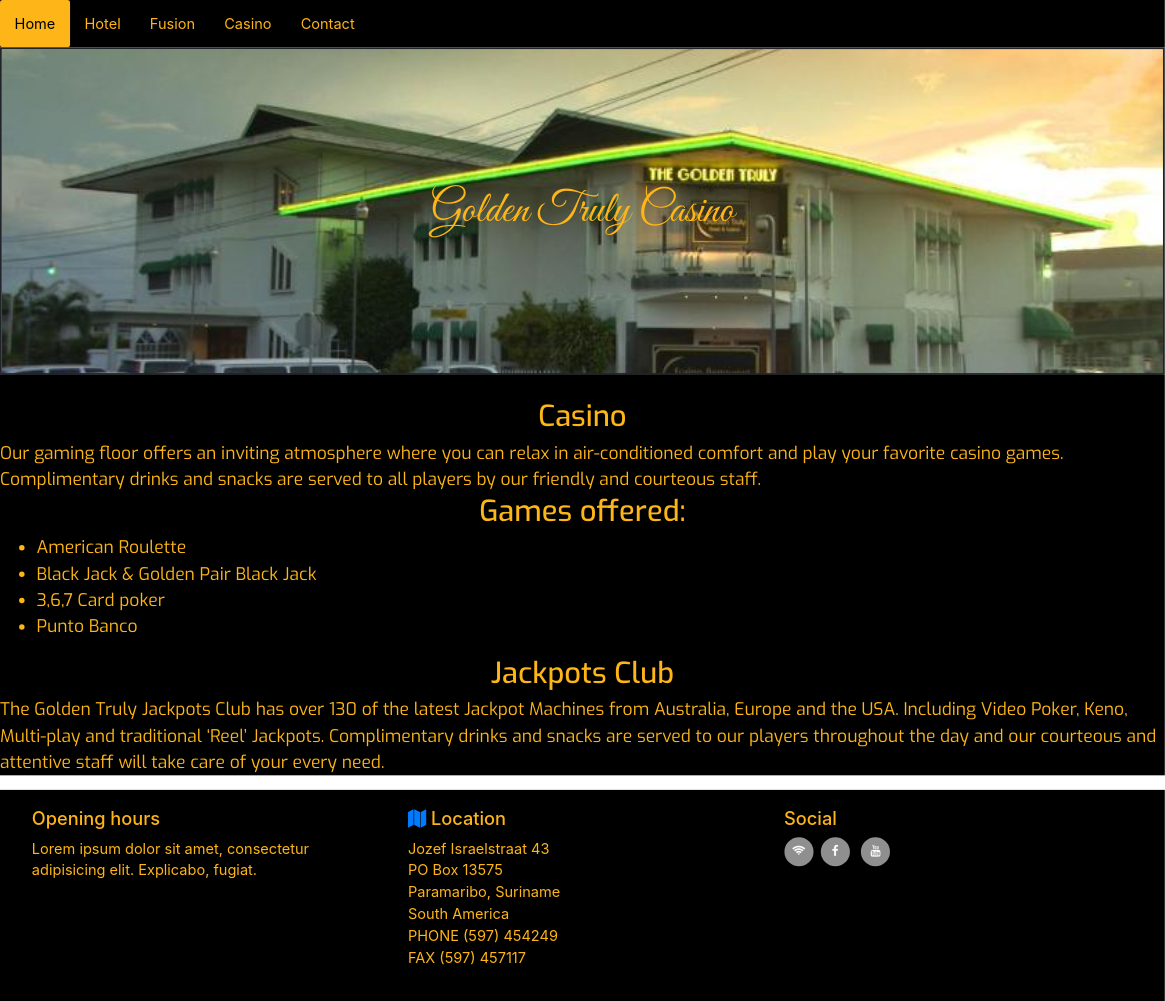
Repository: Code-Institute-Submissions/anthonycaf-Milestone1
Page: casino.html
The author's editor kept a record of every edit. The page is drawn from the files as they stood at one moment, then again after the next edit.
The browser window is 1280 px wide. The pictures show the whole page, at 91% of full size.

Above is the page before.

After the next edit:
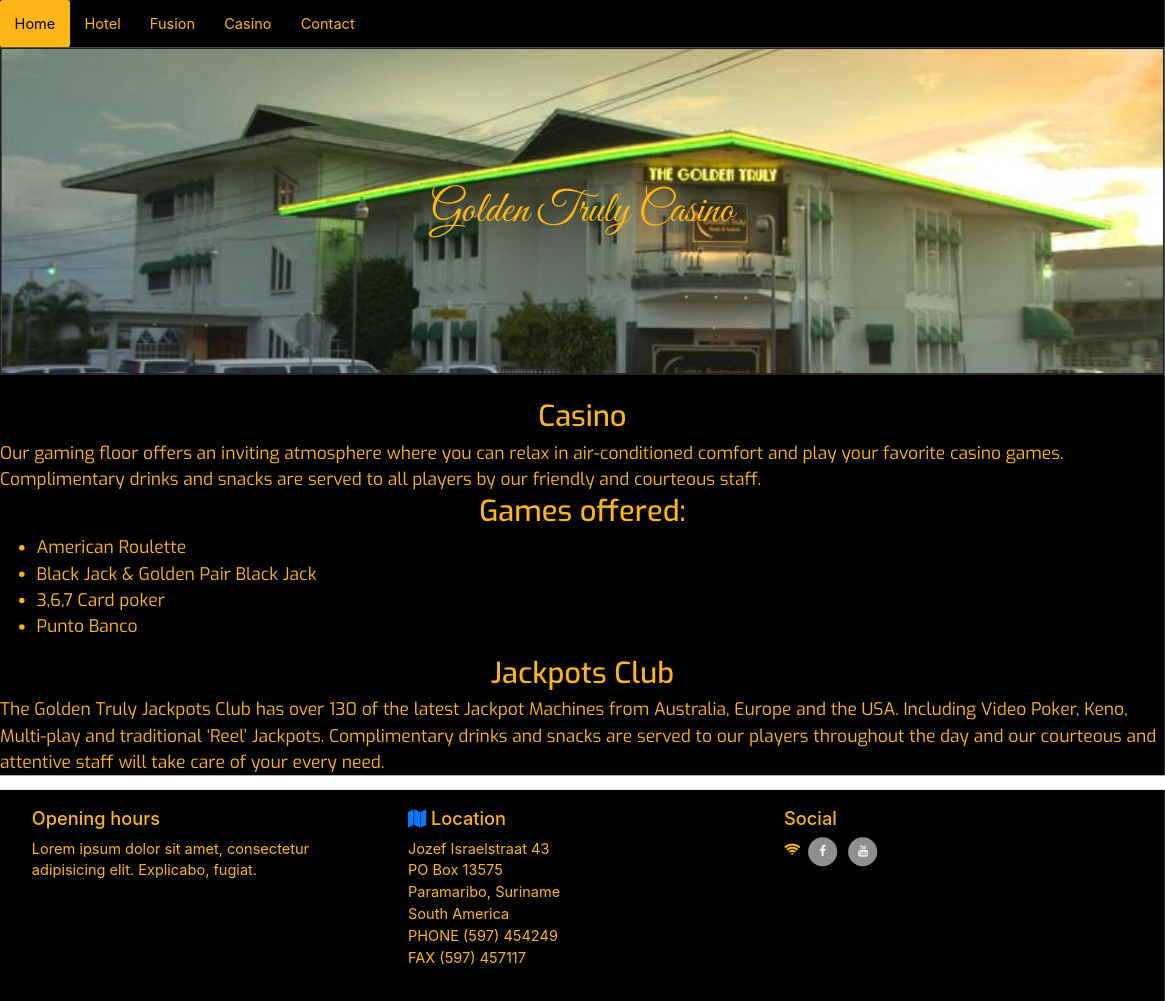
The edit:
--- a/casino.html
+++ b/casino.html
@@ -68,7 +68,6 @@
                 <h5 class="uppercase general-sub">Social</h5>
                 <ul class="list-inline social-links">
                     <li class="list-inline-item">
-                        <a href="#" target="_blank">
           <i class="fa fa-wifi" aria-hidden="true"></i>
           <span class="sr-only">wifi</span>
 
